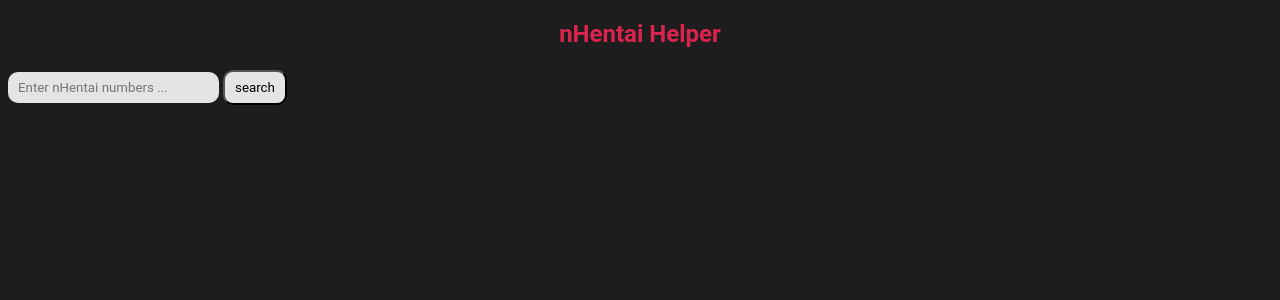
Repository: Lizadking/nHentai_Helper
Page: Mainpop.html
An editor plug-in stored every save of this project. The page is shown before and after a run of saves, followed by the edit.
The browser window is 1280 px wide. The pictures show the whole page.

Above is the page before, as saved 2021-08-06 23:13:14.

### Mainpop.html
<!DOCTYPE html>
<!DOCTYPE html>
<html lang="en">
<head>
    <meta charset="UTF-8">
    <meta http-equiv="X-UA-Compatible" content="IE=edge">
    <meta name="viewport" content="width=device-width, initial-scale=1.0">
    <link rel="stylesheet" href="mainStylesheet.css">
    <title>nHentai Helper</title>
</head>
<body>
    <div class="container">
        <h2>
            nHentai Helper
        </h2>
        <form name = "nHentaiHelper">
            <input type = "text" id="tag" name = "ntag" placeholder="Enter nHentai numbers ...">

            <input type="submit" value="search", id = "submission">

        </form>
    </div>
    <!--enter script here-->
    <script src = "mainsrc.js"></script>
</body>
</html>

### mainStylesheet.css
h2
{
    color:#ed2553e8;
    text-align: center;
    font-family: 'Roboto', sans-serif;

}
body
{
    background-color: #1d1d1d;
}
[type=text]
{
    padding: 8px 10px;
    border: 0;
    background-color:rgb(228, 228, 228);
    font-family: 'Roboto', sans-serif;
    color:#535353e8;
    margin:4px 0;
    border-radius:10px;
}
#placeholder
{
    font-family: 'Roboto', sans-serif;
    color:rgb(228, 228, 228);
    border-radius:10px;

}
input[type=button],input[type=submit]
{
    padding: 8px 10px;
    border-radius:10px;

    background-color:rgb(228, 228, 228);
    font-family: 'Roboto', sans-serif;
}

.submission
{
    text-align: center;
}

### mainsrc.js




/*
document.addEventListener('DOMContentLoaded', function () {
    var btn = document.getElementById('submit');

    btn.addEventListener('click', function()
    {
        let defaultUrl= "https://nhentai.net/g/"
        let from = document.forms.nHentaiHelper;
        let elm = from.elements.ntag;
        let strElm = String(elm.value);
        console.log(strElm);
        let finalUrl = defaultUrl+=strElm+"/";
        chrome.tabs.create({ url: finalUrl})

    });
}  );
*/

document.getElementById('submission').addEventListener('click',function()
    {
        let defaultUrl= "https://nhentai.net/g/"
        let from = document.forms.nHentaiHelper;
        let elm = from.elements.ntag;
        let strElm = String(elm.value);
        console.log(strElm);
        let finalUrl = defaultUrl+=strElm+"/";
        //may change this line below
        chrome.tabs.create({url:finalUrl});


    });

After the next 2 saves:
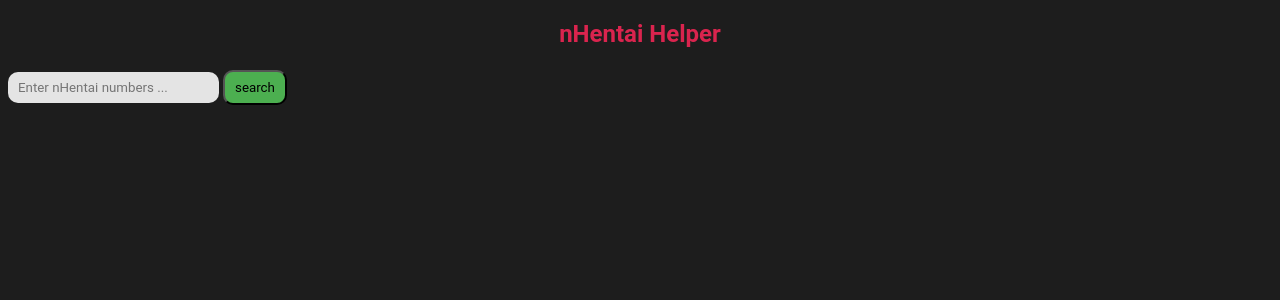
The 2 saves are shown as one change because they came seconds apart.
The last was saved 11 s later.
--- a/mainStylesheet.css
+++ b/mainStylesheet.css
@@ -31,7 +31,7 @@
     padding: 8px 10px;
     border-radius:10px;
 
-    background-color:rgb(228, 228, 228);
+    background-color: #4CAF50;
     font-family: 'Roboto', sans-serif;
 }
 
